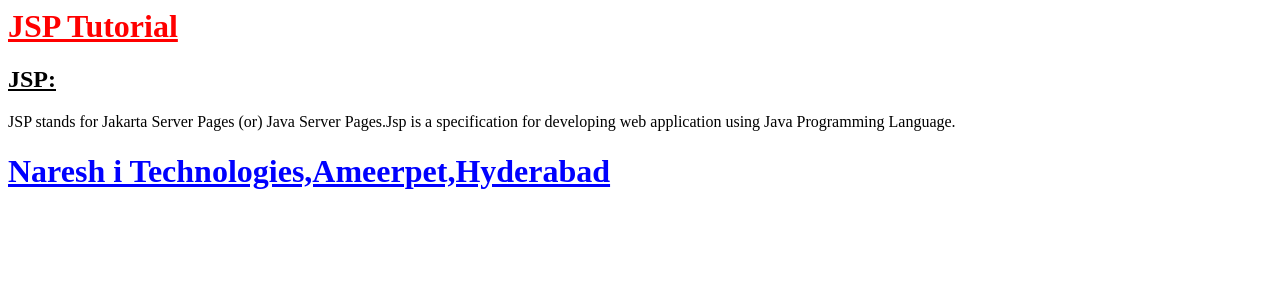
Repository: venugopalakrishnamylavarapu/Naresh-It-Full-Stack-java-Developer
Page: http://localhost/JSP/page1.jsp
An editor plug-in stored every save of this project. The page is shown before and after the next save, followed by the edit.
The browser window is 1280 px wide. The pictures show the whole page.
The page is served by Tomcat 9. Other server files are loaded and not shown.

Above is the page before, as saved 2023-03-14 14:36:28.

### Advanced Java/Coding/JSP/src/main/webapp/page1.jsp
<html>
<body>
<jsp:include page="header.jsp"/>
<h2><u>JSP:</u></h2>
<%="JSP stands for Jakarta Server Pages (or) Java Server Pages.Jsp is a specification for developing web application using Java Programming Language." %>
<jsp:include page="footer.jsp"/>
</body>
</html>

### Advanced Java/Coding/JSP/src/main/webapp/header.jsp
<html>
<body>
<font color=red>
<h1><u><%="JSP Tutorial" %></u></h1>
</font>
</body>
</html>

### Advanced Java/Coding/JSP/src/main/webapp/footer.jsp
<html>
<body>
<font color=blue>
<h1><u><%="Naresh i Technologies,Ameerpet,Hyderabad" %></u></h1>
</font>
</body>
</html>

After the next save:
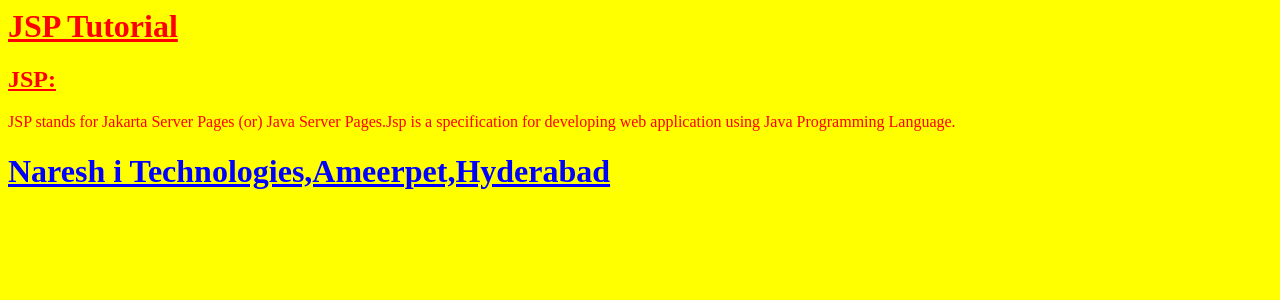
Saved 17 s later.
--- a/Advanced Java/Coding/JSP/src/main/webapp/page1.jsp
+++ b/Advanced Java/Coding/JSP/src/main/webapp/page1.jsp
@@ -1,5 +1,5 @@
 <html>
-<body>
+<body bgcolor=yellow text=red>
 <jsp:include page="header.jsp"/>
 <h2><u>JSP:</u></h2>
 <%="JSP stands for Jakarta Server Pages (or) Java Server Pages.Jsp is a specification for developing web application using Java Programming Language." %>
